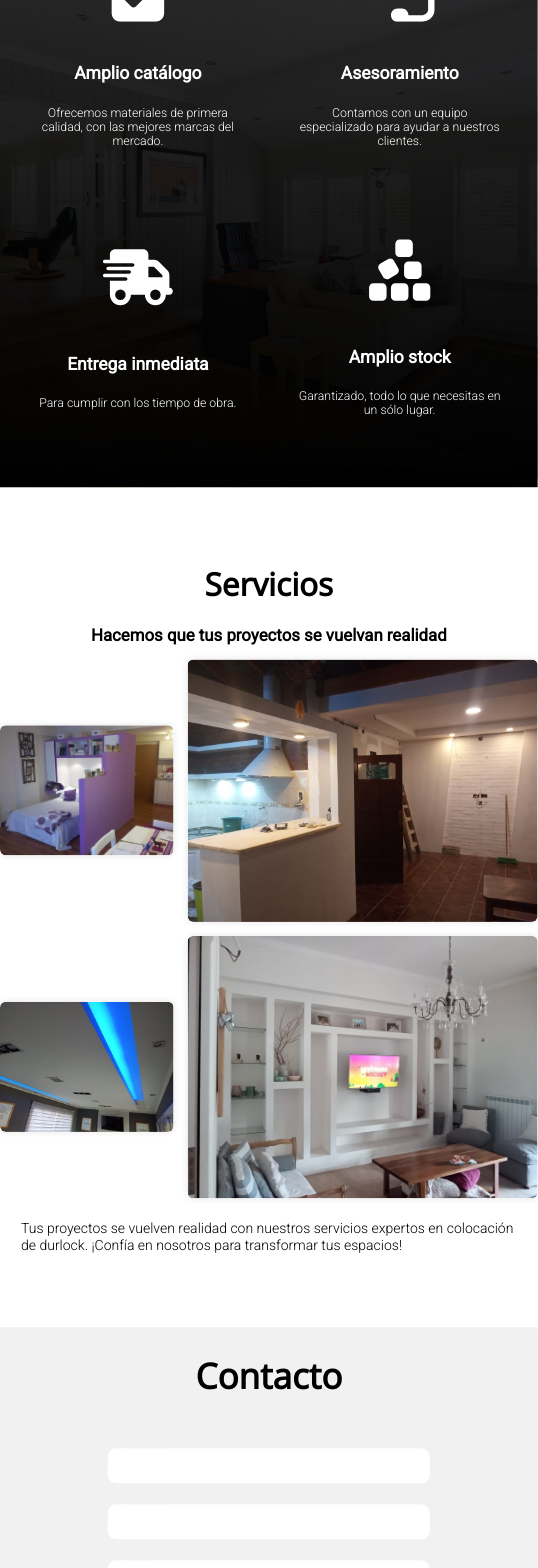
Repository: DamianBermudez94/Perfil-Plac
Page: /
The author's editor kept a copy of each file at every save. The page is drawn from the files as they stood at one save, then again after the next save.
The browser window is 768 px wide. The pictures show the part of the page from y = 4260 to 6500 px (the page is 7406 px tall), at 70% of full size.
Backgrounds fixed to the window are drawn as part of the page. The project was rebuilt for these pictures with package versions that can differ from the ones it lists, and the page was loaded fresh each time. Also part of the build but not shown: vite.config.js, src/index.css.

Above is the page before, as saved 2024-02-20 18:40:31.

After the next save:
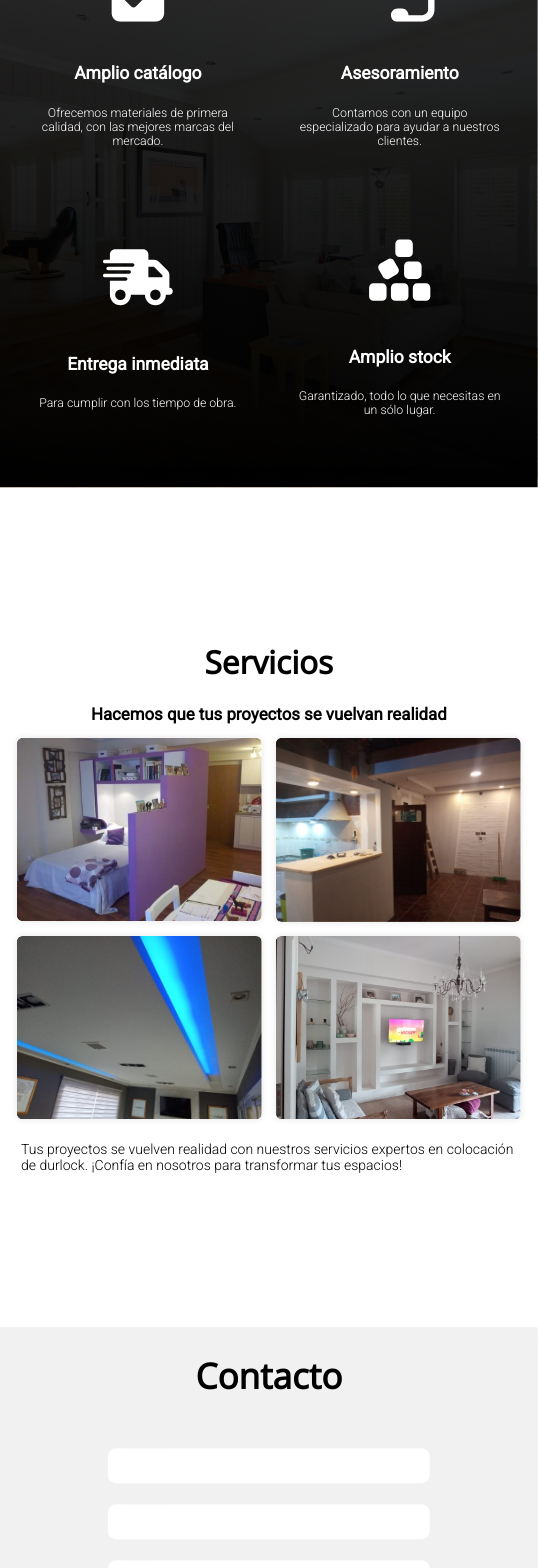
Saved 69 s later.
--- a/src/components/Servicios/styles.css
+++ b/src/components/Servicios/styles.css
@@ -41,4 +41,11 @@
     gap: 20px;
     margin: 0 auto;
   }
+  .container-img img {
+    width: 100%;
+    max-width: 350px;
+    height: auto;
+    display: block;
+    border-radius: 8px;
+  }
 }
